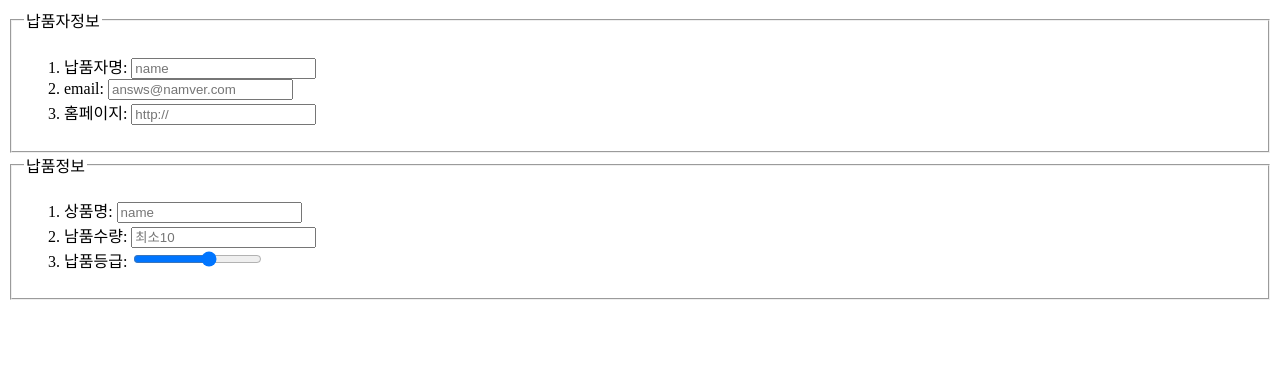
Repository: giwon8701/Qclass_KH
Page: Workspace_Java/testWebProject/WebContent/resources/views/test/productForm.html
An editor plug-in stored every save of this project. The page is shown before and after the next save, followed by the edit.
The browser window is 1280 px wide. The pictures show the whole page.

Above is the page before, as saved 2021-01-11 01:17:50.

After the next save:
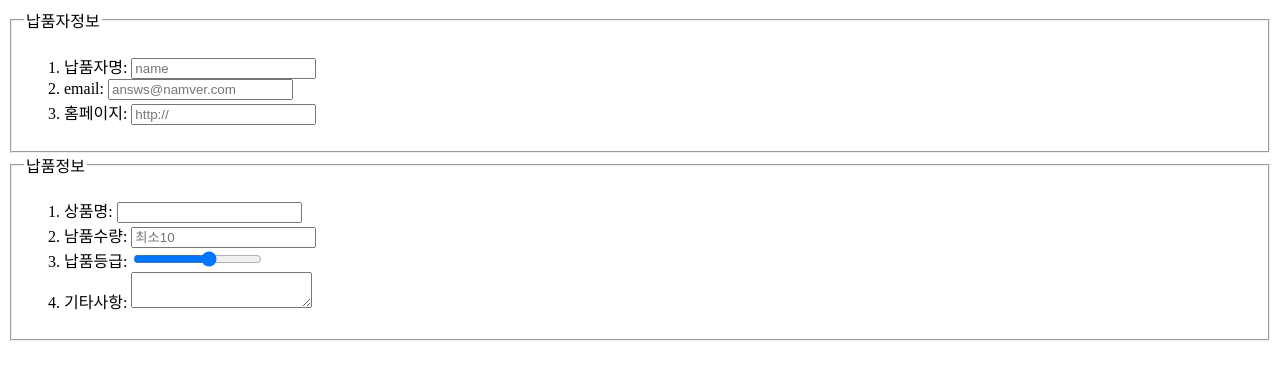
Saved 99 s later.
--- a/Workspace_Java/testWebProject/WebContent/resources/views/test/productForm.html
+++ b/Workspace_Java/testWebProject/WebContent/resources/views/test/productForm.html
@@ -31,7 +31,7 @@
 		<ol>
 			<li>
 			<label for="pruduct_name">상품명:</label>
-			<input type="text" id="pruduct_name" placeholder="name" autocomplete="on" required>
+			<input type="text" id="pruduct_name" autocomplete="on" required>
 			</li>
 
 			<li>
@@ -43,6 +43,11 @@
 			<label for="grade">납품등급:</label>
 			<input type="range" id="grade" min="0" max="10" step="2" placeholder="http://" autocomplete="on" required>
 			</li>
+
+			<li>
+			<label for="etc">기타사항:</label>
+			<textarea id="etc" autocomplete="on" required></textarea>
+			</li>
 		</ol>
 	</fieldset>
 </form>
